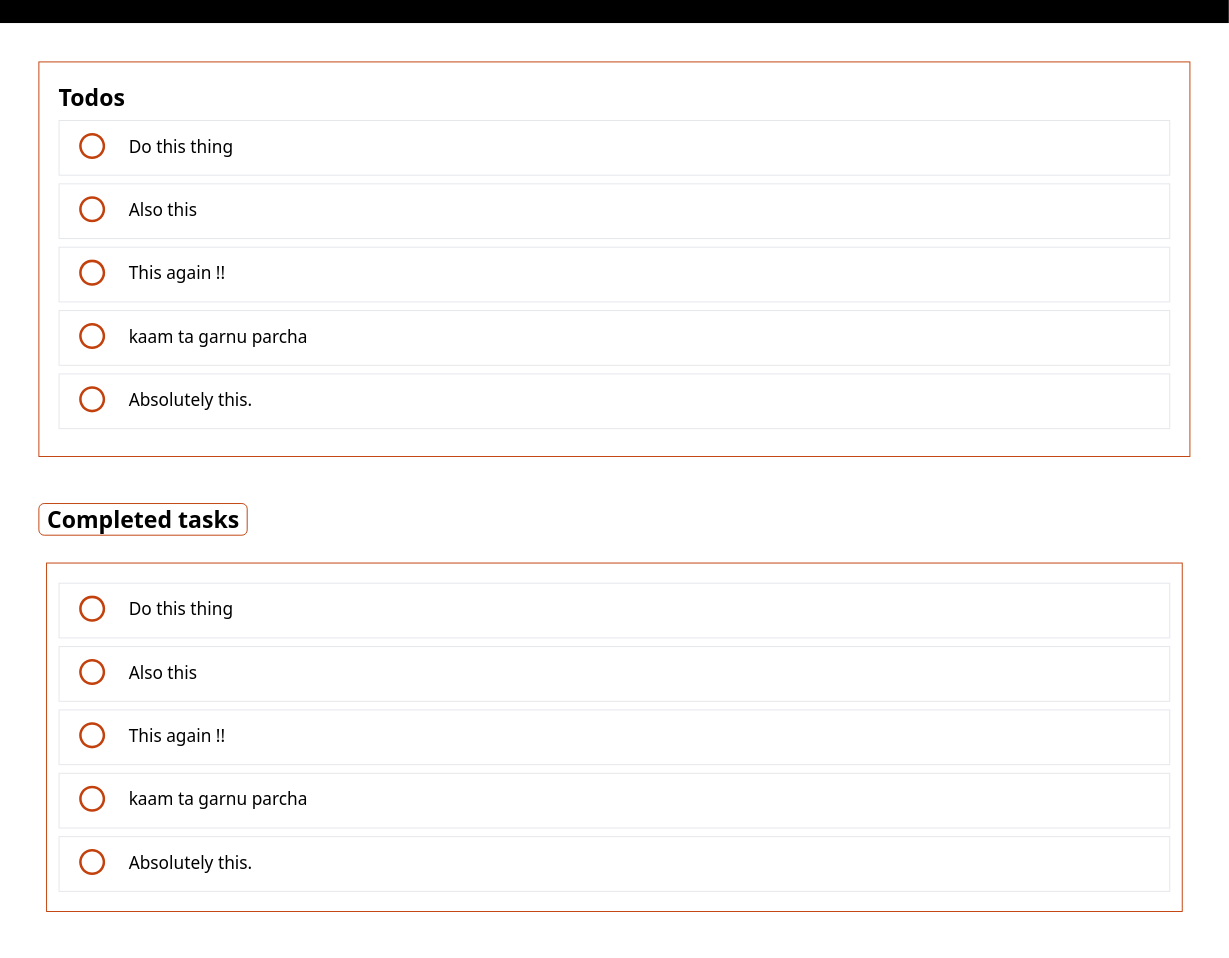
Repository: thekingisherenow/personalTodo
Page: /
An editor plug-in stored every save of this project. The page is shown before and after the next save, followed by the edit.
The browser window is 1280 px wide. The pictures show the whole page, at 96% of full size.
The project was rebuilt for these pictures with package versions that can differ from the ones it lists, and the page was loaded fresh each time. The framework's server and built-in components were replaced by stand-ins that run in the browser. Also part of the build but not shown: next.config.js, styles/Home.module.css.

Above is the page before, as saved 2022-12-15 19:39:58.

### pages/index.js
import Head from 'next/head'
import Image from 'next/image'
import Completed from '../components/CompletedTodos'
import Todos from '../components/Todos'
import styles from '../styles/Home.module.css'

export default function Home() {
  return (
    <div>
      <Head>
        <title>Create Next App</title>
        <meta name="description" content="To-do App" />
        <link rel="icon" href="/favicon.ico" />
      </Head>

     <div className='bg-white'>
      <h1 className='bg-black'>Completed --Tasks</h1>
      <Todos/>

      {/* //Completed tasks */}
      <Completed />
     </div>
    </div>
  )
}

### components/CompletedTodos.js
import React, { useState } from 'react'
import CompletedTodo from './CompletedTodo'

function Completed() {
  const [todolist, setTodolist] = useState([ "Do this thing","Also this", "This again !!" ,"kaam ta garnu parcha","Absolutely this."])

  return (
    <div className='p-2 m-3 '>
      <button className='font-bold text-2xl ml-5 border border-orange-700 px-2 rounded-md'>Completed tasks</button>

      <div className='border p-3 m-7 border-orange-700'>
            {todolist.length? todolist.map((todo,index)=>{
                return(
                    <CompletedTodo key={index} index={index} todo={todo}  />
                    )
                }):<div className='p-8  text-gray-400'>No items to display.</div>}
            </div>
    </div>
  )
}

export default Completed

### components/Todos.js
import React, { useEffect, useState } from 'react'
import Todo from './Todo'

function Todos() {

    const [todolist, setTodolist] = useState([ "Do this thing","Also this", "This again !!" ,"kaam ta garnu parcha","Absolutely this."])

     //a function that removes the data.
     const tick = (data)=>{
        console.log("hello")
        console.log("the index from todo is",data)
        setTodolist(todolist.filter((item,index)=>  index !== data  ) )
        console.log("todo after filter",todolist)
        // setTodolist(todolist)
    }

  return (
    <div className='p-5 m-10 border border-orange-700'>
      <h1 className='font-bold text-2xl'>Todos</h1>
        <div>
            {todolist.length? todolist.map((todo,index)=>{
                return(
                    <Todo key={index} index={index} todo={todo} tick ={tick} />
                    )
                }):<div className='p-8  text-gray-400'>No items to display.</div>}
            </div>

    </div>
  )
}

export default Todos

### components/CompletedTodo.js
import React, { useState } from 'react'
import { FaRegCircle ,FaRegCheckCircle } from 'react-icons/fa';

function CompletedTodo({todo}) {
    const [check, setCheck] = useState(false)

    //    console.log("the index inside the todo component is:",index)
      return (
        <div className='border  p-2 my-2 flex'>
            <div
            // onClick={()=>tick(index)}
             className=' w-9 h-9 flex justify-center ml-2 items-center' onMouseEnter={()=>setCheck(true)}  onMouseLeave={()=>setCheck(false)} >

            { check?

    <FaRegCheckCircle
    className=' text-orange-700 w-7 h-7 m-auto' /> :
    <FaRegCircle className='w-7 text-orange-700 h-7 m-auto' />
    }
    </div>

          <span className='text-center h-10 text-lg my-auto  p-1 ml-4 '>{todo}</span>
        </div>
      )
}

export default CompletedTodo

### components/Todo.js
import React, { useState } from 'react'
import { CheckCircleIcon } from '@heroicons/react/24/outline'
import { FaRegCircle ,FaRegCheckCircle } from 'react-icons/fa';

function Todo({todo,index,tick}) {
    const [check, setCheck] = useState(false)

//    console.log("the index inside the todo component is:",index)
  return (
    <div className='border  p-2 my-2 flex'>
        <div onClick={()=>tick(index)}
         className=' w-9 h-9 flex justify-center ml-2 items-center' onMouseEnter={()=>setCheck(true)}  onMouseLeave={()=>setCheck(false)} >

        { check?

<FaRegCheckCircle
className=' text-orange-700 w-7 h-7 m-auto' /> :
<FaRegCircle className='w-7 text-orange-700 h-7 m-auto' />
}
</div>

      <span className='text-center h-10 text-lg my-auto  p-1 ml-4 '>{todo}</span>
    </div>
  )
}

export default Todo

Loaded but not shown: pages/_app.js (common file); styles/globals.css (common file); tailwind.config.js (common file)

After the next save:
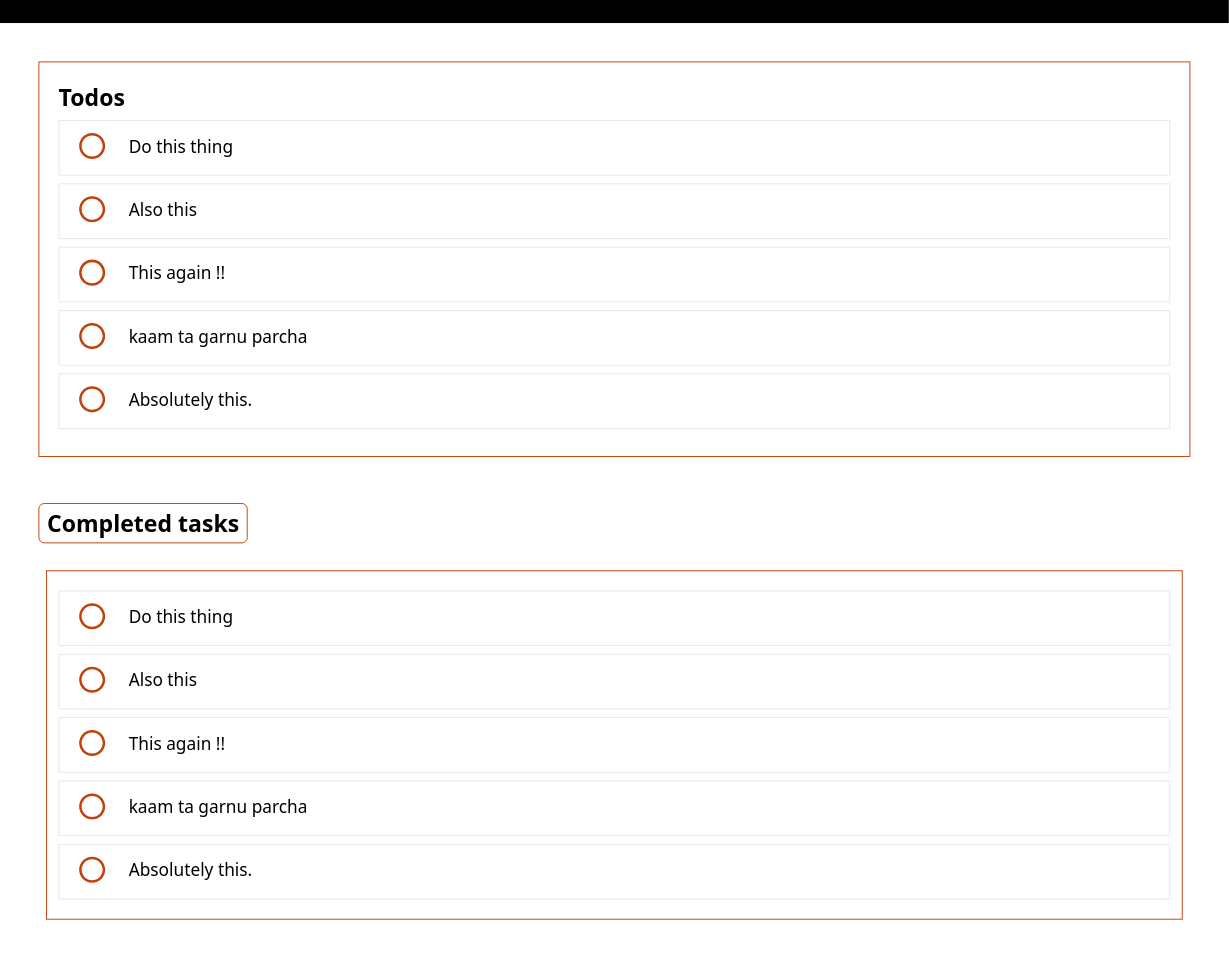
Saved 6 s later.
--- a/components/CompletedTodos.js
+++ b/components/CompletedTodos.js
@@ -6,7 +6,7 @@ function Completed() {
 
   return (
     <div className='p-2 m-3 '>
-      <button className='font-bold text-2xl ml-5 border border-orange-700 px-2 rounded-md'>Completed tasks</button>
+      <button className='font-bold text-2xl ml-5 border border-orange-700 px-2 py-1 rounded-md'>Completed tasks</button>
 
       <div className='border p-3 m-7 border-orange-700'>
             {todolist.length? todolist.map((todo,index)=>{
